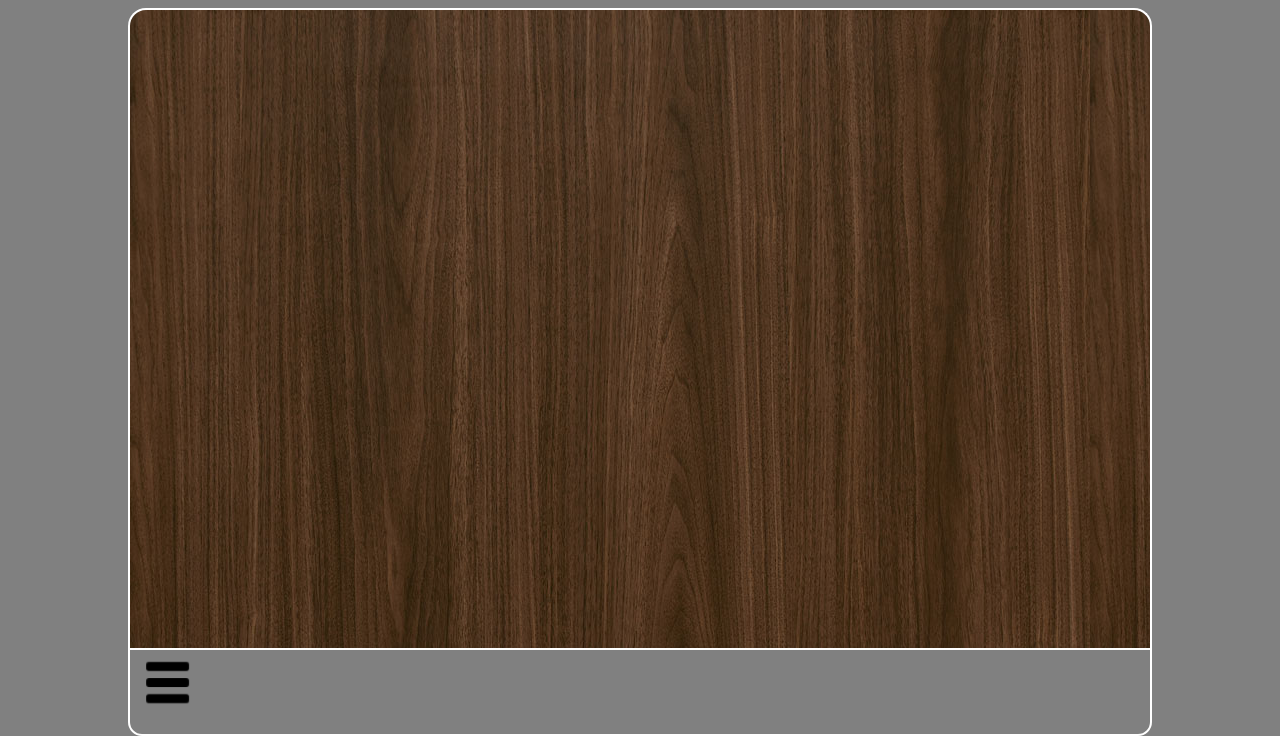
Repository: ls222vy/ls222vy-1dv403-laborationer
Page: 5-pwd/index.html
The author's editor kept a record of every edit. The page is drawn from the files as they stood at one moment, then again after the next edit.
The browser window is 1280 px wide. The pictures show the whole page.

Above is the page before.
Console error: SyntaxError: Unexpected identifier 'window'

### 5-pwd/index.html
<html lang="sv">
<head>
     <meta charset="UTF-8" />
     <title>Desktop</title>
     <link rel="stylesheet" href="css/style.css">


</head>
    <body>
         <div id="webDesk">
             <div id="desktop"></div>
             <div id="menu">

                 <div class="button">

                     <a id="click" href="#"><img src="pics/menuicon.png" /></a>

                 </div>


             </div>

         </div>

          <script src="script/webDesktop.js"></script>
          <script src="script/ajaxCon.js"></script>
    </body>


</html>

### 5-pwd/css/style.css
body {
    background-color: gray;
    font-family : cabin-regular;
    font-weight:500;

     background-position: center center;
}
#webDesk {
    display:block;
    height:640px;
    width:1024px;
    margin: 0 auto;
}
#desktop {
    display:block;
    background-image:url('background/walnutbgpic.jpg');
    height:638px;
    width:1020px;
        border:2px white;
        border-top-style:solid;
        border-right-style:solid;
        border-left-style:solid;
        border-top-right-radius:18px;
        border-top-left-radius:18px;
}
#menu {
    height:84px;
    width:1020px;
    border:2px solid white;
    border-bottom-left-radius:14px;
    border-bottom-right-radius:14px;
}

.button {
    float:left;
    display:block;
    height:inherit;
    margin-left:5px;
    -webkit-transition:-webkit-tranform.2s ease-in-out;

}
 .button:hover {
        -webkit-transform:scale(1.2);
    }
#menu img {
    padding-top :10px;
    padding-left:10px;
    padding-right:10px;
}

### 5-pwd/script/webDesktop.js
"use strict";

 var webDesktop = {

     init: function (){
         var menuButton = document.getElementById("click");

         //en reset-knapp för att återställa bakgrunden
       //  var resetButton = document.getElementById("reset");
        // var buttonUrl = "css/background/dotted1.png";

        // webDesktop.changeBackground(buttonUrl, resetButton);

         //Gör den till en knapp

         menuButton.onclick = function(){
             var desktop = document.getElementById("desktop");

             //Validerar eller kollar om ett fönster finns. hindrar att fler skapas.

             if (desktop.firstElementchild){
                 return false;
             }
         }
     }


 window.onload = webDesktop.init

Loaded but not shown: 5-pwd/script/ajaxCon.js (no stored copy; drawn as an empty file)

After the next edit:
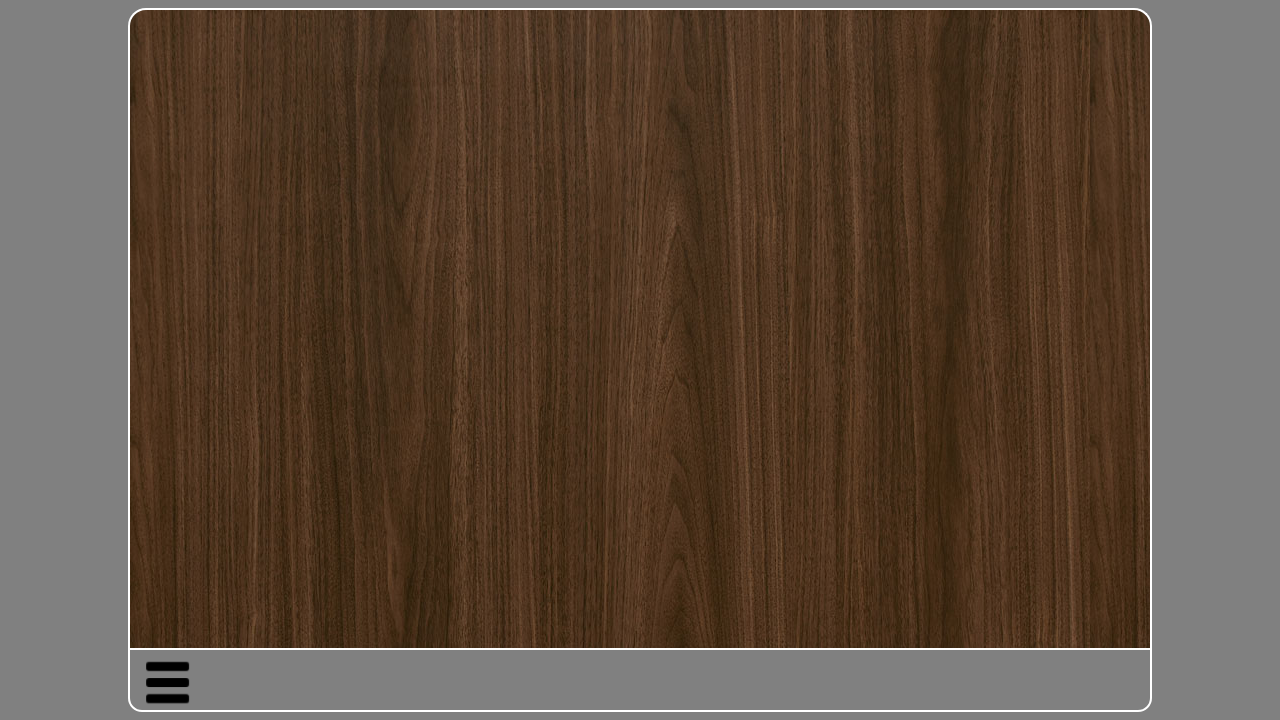
The edit:
--- a/5-pwd/css/style.css
+++ b/5-pwd/css/style.css
@@ -24,7 +24,7 @@
         border-top-left-radius:18px;
 }
 #menu {
-    height:84px;
+    height:60px;
     width:1020px;
     border:2px solid white;
     border-bottom-left-radius:14px;
